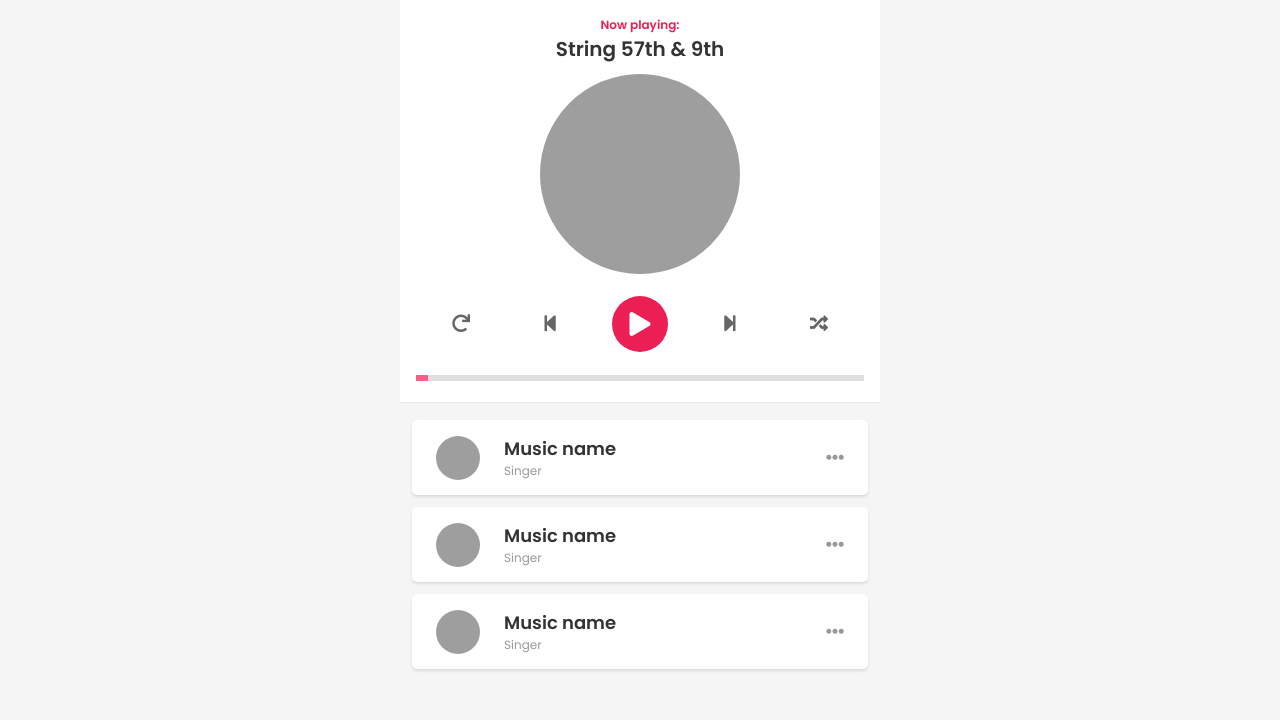
Repository: vothanhdiennn/music-player
Page: index.html
An editor plug-in stored every save of this project. The page is shown before and after the next save, followed by the edit.
The browser window is 1280 px wide. The pictures show the whole page.
Pictures or frames that could not be fetched are drawn as grey boxes.

Above is the page before, as saved 2024-12-04 09:23:05.

After the next save:
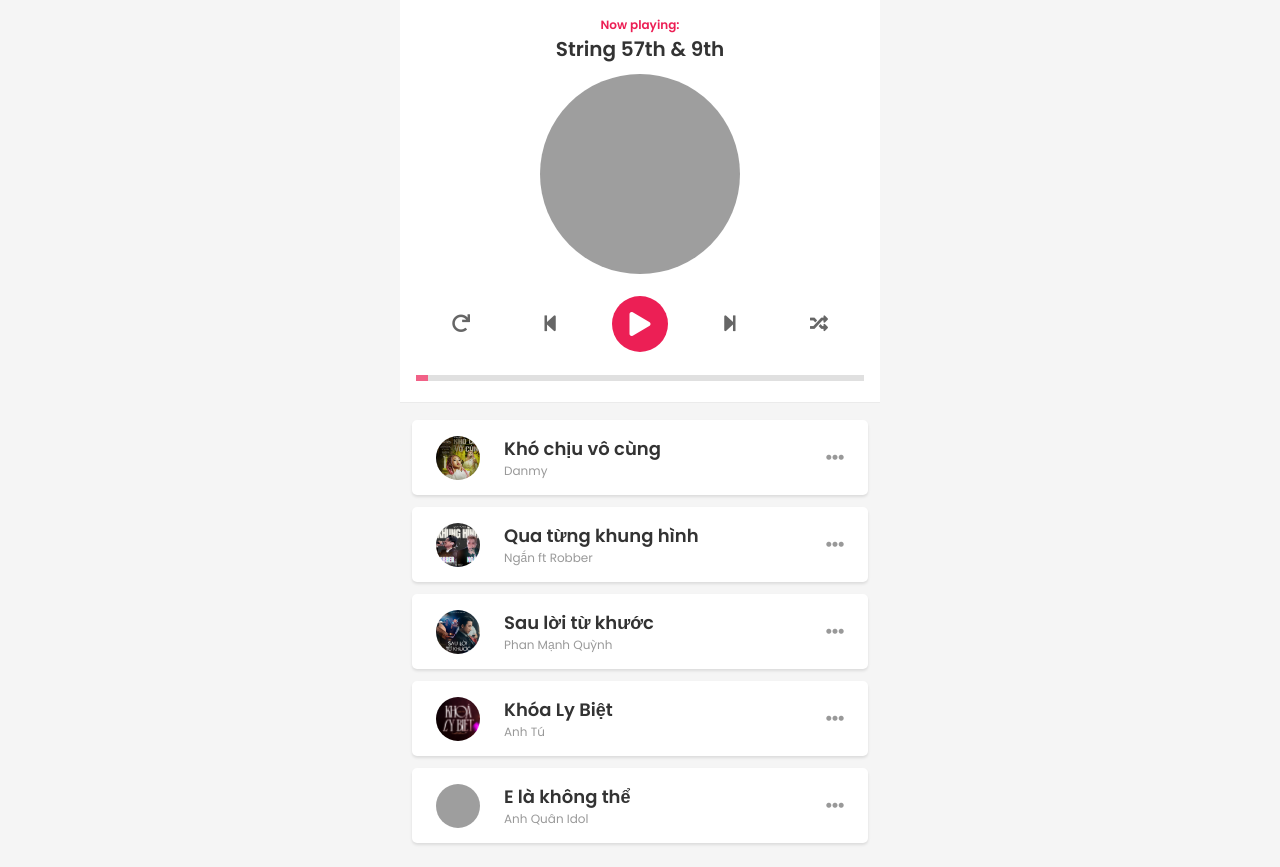
Saved 53 s later.
--- a/assets/js/app.js
+++ b/assets/js/app.js
@@ -68,7 +68,7 @@
         </div>
       `;
     });
-    $(".playlist"), (innerHTML = htmls.join(""));
+    $(".playlist").innerHTML = htmls.join("");
   },
 
   start: function () {
